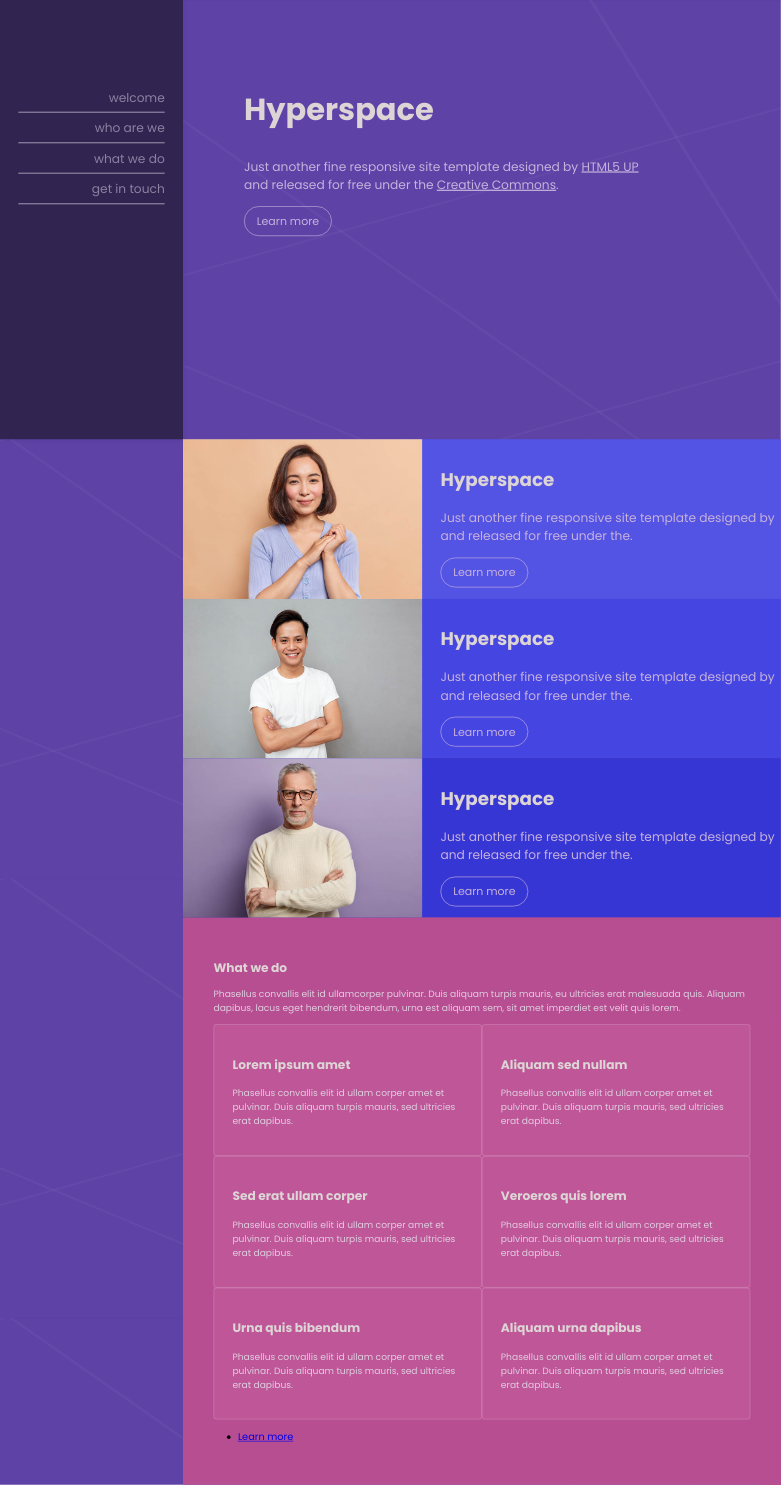
Repository: zai31/KIMIT_Tasks
Page: JsSession8/index.html
An editor plug-in stored every save of this project. The page is shown before and after a run of saves, followed by the edit.
The browser window is 1280 px wide. The pictures show the whole page, at 61% of full size.
Backgrounds fixed to the window are drawn as part of the page.

Above is the page before, as saved 2025-09-15 20:58:34.

### JsSession8/index.html
<!DOCTYPE html>
<html lang="en">
<head>
    <meta charset="UTF-8">
    <meta name="viewport" content="width=device-width, initial-scale=1.0">
    <link rel="stylesheet" href="./css/style.css">
    <title>Responsive</title>
</head>

<body>
    <section  class="flex-section">
        <div class="menu">
        <ul>
            <li><a href="#">welcome</a></li>
            <li><a href="#">who are we</a></li>
            <li><a href="#">what we do</a></li>
            <li><a href="#">get in touch</a></li>
        </ul>
</div>
<div class="section">
    <div class="content">
      <div class="intro">
							<h1>Hyperspace</h1>
							<p>Just another fine responsive site template designed by <a href="https://html5up.net">HTML5 UP</a><br>
							and released for free under the <a href="https://html5up.net/license">Creative Commons</a>.</p>
							<button>Learn more</button>

						</div>
    <div class="overview">
        <div class="s" style="background-color: rgb(83, 83, 228);">
           <img src="./images/1.jpg" alt="">

							<div ><h1>Hyperspace</h1>
                                <p>Just another fine responsive site template designed by
							and released for free under the.</p>
							<button>Learn more</button></div>
        </div>
        <div class="s" style="background-color: rgb(69, 69, 226);">
            <img src="./images/2.jpg" alt="">
							<div >
                                           	<h1>Hyperspace</h1>
<p>Just another fine responsive site template designed by
							and released for free under the.</p>
							<button>Learn more</button></div>
        </div>
        <div class="s" style="background-color: rgb(54, 54, 213);">
            <img src="./images/3.jpg" alt="">
							<div >
                                           	<h1>Hyperspace</h1>
<p>Just another fine responsive site template designed by
							and released for free under the.</p>
							<button>Learn more</button></div>
        </div>
    <div class="what">
							<h2>What we do</h2>
							<p>Phasellus convallis elit id ullamcorper pulvinar. Duis aliquam turpis mauris, eu ultricies erat malesuada quis. Aliquam dapibus, lacus eget hendrerit bibendum, urna est aliquam sem, sit amet imperdiet est velit quis lorem.</p>
							<div class="features">
								<section>
									<span class="icon fa-code"></span>
									<h3>Lorem ipsum amet</h3>
									<p>Phasellus convallis elit id ullam corper amet et pulvinar. Duis aliquam turpis mauris, sed ultricies erat dapibus.</p>
								</section>
								<section>
									<span class="icon  fa-lock"></span>
									<h3>Aliquam sed nullam</h3>
									<p>Phasellus convallis elit id ullam corper amet et pulvinar. Duis aliquam turpis mauris, sed ultricies erat dapibus.</p>
								</section>
								<section>
									<span class="icon  fa-cog"></span>
									<h3>Sed erat ullam corper</h3>
									<p>Phasellus convallis elit id ullam corper amet et pulvinar. Duis aliquam turpis mauris, sed ultricies erat dapibus.</p>
								</section>
								<section>
									<span class="icon  fa-desktop"></span>
									<h3>Veroeros quis lorem</h3>
									<p>Phasellus convallis elit id ullam corper amet et pulvinar. Duis aliquam turpis mauris, sed ultricies erat dapibus.</p>
								</section>
								<section>
									<span class="icon  fa-link"></span>
									<h3>Urna quis bibendum</h3>
									<p>Phasellus convallis elit id ullam corper amet et pulvinar. Duis aliquam turpis mauris, sed ultricies erat dapibus.</p>
								</section>
								<section>
									<span class="icon  fa-gem"></span>
									<h3>Aliquam urna dapibus</h3>
									<p>Phasellus convallis elit id ullam corper amet et pulvinar. Duis aliquam turpis mauris, sed ultricies erat dapibus.</p>
								</section>
							</div>
							<ul class="actions">
								<li><a href="generic.html" class="button">Learn more</a></li>
							</ul>

    </div>
                        </div>
                        </div>
                    </section>
</body>
</html>

### JsSession8/CSS/style.css
@import url("https://fonts.googleapis.com/css2?family=Poppins:ital,wght@0,100;0,200;0,300;0,400;0,500;0,600;0,700;0,800;0,900;1,100;1,200;1,300;1,400;1,500;1,600;1,700;1,800;1,900&display=swap");

* {
    box-sizing: border-box;
    font-family: "Poppins", sans-serif;
}

:root {
    --sidebar-color: #312450;
    --primary-color: #5e42a6;
    --secondary-color: #b74e91;
    --section-bg-color: #c7b2dc;
    --dark-color: #000000;
    --navbar-bg-color: #273053;
    --p-color: #717275;
    --highlight-icon-color: #ff0100;
    --main-transition: 0.5s all ease-in-out;
}


html,
body {
    height: 100%;
    margin: 0;
    padding: 0;
}

.flex-section {
    display: flex;
    flex-direction: row;

}

/*side bar*/
.flex-section .menu {
    min-height: 100vh;
    /* ensures sidebar spans at least the full screen */
    height: auto;
    /* lets it grow with content */
    width: 300px;
    top: 0;
    left: 0;
    position: fixed;
    background-color: var(--sidebar-color);
    padding: 145px 30px;
    box-shadow: 0 0 10px rgba(0, 0, 0, 0.1);
}

.flex-section .menu ul {
    list-style: none;
    padding: 0;
    margin: 0;
    text-align: right;
}

.flex-section .menu ul li {
    margin-bottom: 10px;
    font-size: 20px;
    position: relative;
    /* needed for ::after positioning */
    padding-bottom: 10px;
}

.flex-section .menu ul li a {
    text-decoration: none;
    color: #8b82a1;

}

.flex-section .menu ul li::after {
    content: "";
    position: absolute;
    left: 0;
    bottom: 0;
    width: 100%;
    /* stick to the bottom */
    height: 2px;
    background-color: #8b82a1;
    /* thickness of underline */
    transition: width 0.3s ease;
}

/*use js*/
.flex-section .menu ul li a:hover::after {
    width: 100%;
    /* expand underline on hover */
}


.flex-section .menu ul li a:hover {
    color: #b5b8bf;
}

.flex-section .menu ul li a:active {
    color: #5e42a6;
}

.flex-section .menu ul li a:active::after {
    background: linear-gradient(to right, #4b0082, #8b00ff, #981196);
}






/*content first section */
.flex-section .section {
    flex: 1;
    background-color: var(--section-bg-color);
    background-attachment: fixed;
    background-image: url("../assets/css/images/Screenshot\ 2025-09-15\ 075920.png");
    background-position: top right;
    background-repeat: no-repeat;
    background-size: 100% 100%;
    padding-left: 300px;
}

.flex-section .section .content {
    display: flex;
    flex-direction: column;
    width: 100%;
}

.flex-section .section .content .intro {
    padding: 100px;
    width: 100%;
    height: 100vh;
}

.flex-section .section .content .intro h1 {
    color: rgb(221, 213, 213);
    font-size: 50px;
}

.flex-section .section .content .intro p,
.flex-section .section .content .intro a {
    color: var(--section-bg-color);
    font-size: 20px;
}

.flex-section .section .content .intro a:hover {
    color: #fefefe;
    text-decoration: none;
}

.flex-section .section .content .intro button {
    color: var(--section-bg-color);
    background-color: transparent;
    border: 1px solid var(--section-bg-color);
    padding: 10px 20px;
    border-radius: 25px;
    cursor: pointer;
    text-decoration: none;
    font-size: 18px;
}

.flex-section .section .content .intro button:hover {
    background-color: #6f54b6;
}




/*content second section */

.flex-section .section .content .overview .s {
    display: flex;
    flex-direction: row;
    align-items: center;
    gap: 30px;
}

.flex-section .section .content .overview .s h1 {
    color: rgb(221, 213, 213);
    font-size: 30px;
}

.flex-section .section .content .overview .s p {
    color: var(--section-bg-color);
    font-size: 20px;
}

.flex-section .section .content .overview .s button {
    color: var(--section-bg-color);
    background-color: transparent;
    border: 1px solid var(--section-bg-color);
    padding: 10px 20px;
    border-radius: 25px;
    cursor: pointer;
    text-decoration: none;
    font-size: 18px;
}

.flex-section .section .content .overview .s button:hover {
    background-color: rgb(77, 77, 246);
}

.flex-section .section .content .overview .s img {
    width: 40%;
}

/*what section*/

.flex-section .section .content .what {
    padding: 50px;
    width: 100%;
    background-color: var(--secondary-color);
}

.flex-section .section .content .what h3,
.flex-section .section .content .what h2 {
    color: rgb(221, 213, 213);
    font-size: 20px;
}
.flex-section .section .content .what p {
    color: #e0cee1;
    font-size: 15px;
}

.flex-section .section .content .what .features{
    display: flex;
    flex-direction: row;
    flex-wrap: wrap;
    background-color: #be5698;


}
.flex-section .section .content .what .features section {
 flex: 1 1 45%;     /* grow/shrink, ~half width with gap */
 border: 0.5px solid rgba(255, 255, 255, 0.248);
 box-sizing: border-box;
 padding: 30px;
 border-radius: 5px;

}
.flex-section .section .content .what .action  {
   color: var(--section-bg-color);
    background-color: transparent;
    border: 1px solid var(--section-bg-color);
    padding: 10px 20px;
    border-radius: 25px;
    cursor: pointer;
    text-decoration: none;
    font-size: 18px;
}

After the next 2 saves:
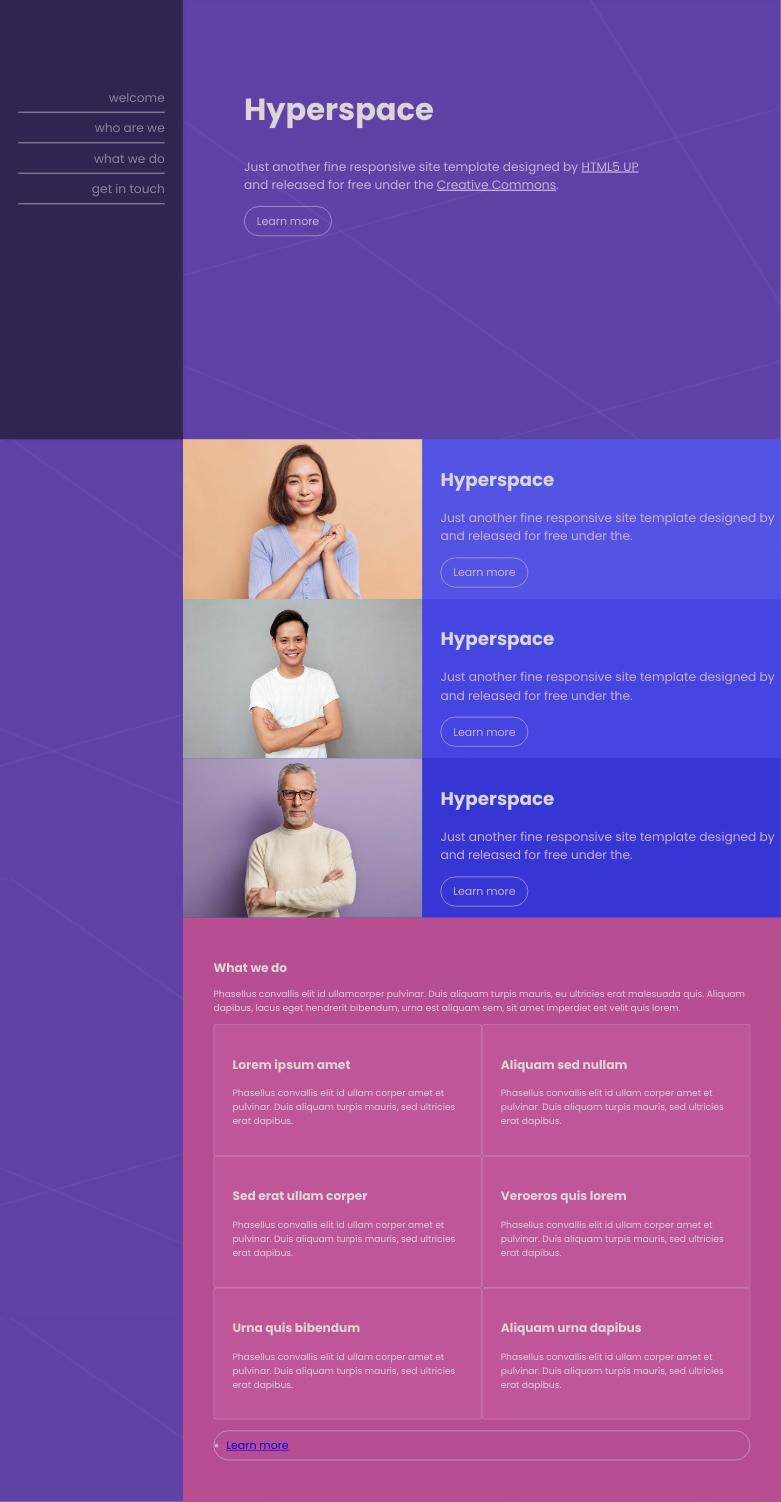
The 2 saves are shown as one change because they came seconds apart.
The last was saved 14 s later.
--- a/JsSession8/CSS/style.css
+++ b/JsSession8/CSS/style.css
@@ -234,7 +234,7 @@ body {
  border-radius: 5px;
 
 }
-.flex-section .section .content .what .action  {
+.flex-section .section .content .what .actions {
    color: var(--section-bg-color);
     background-color: transparent;
     border: 1px solid var(--section-bg-color);
